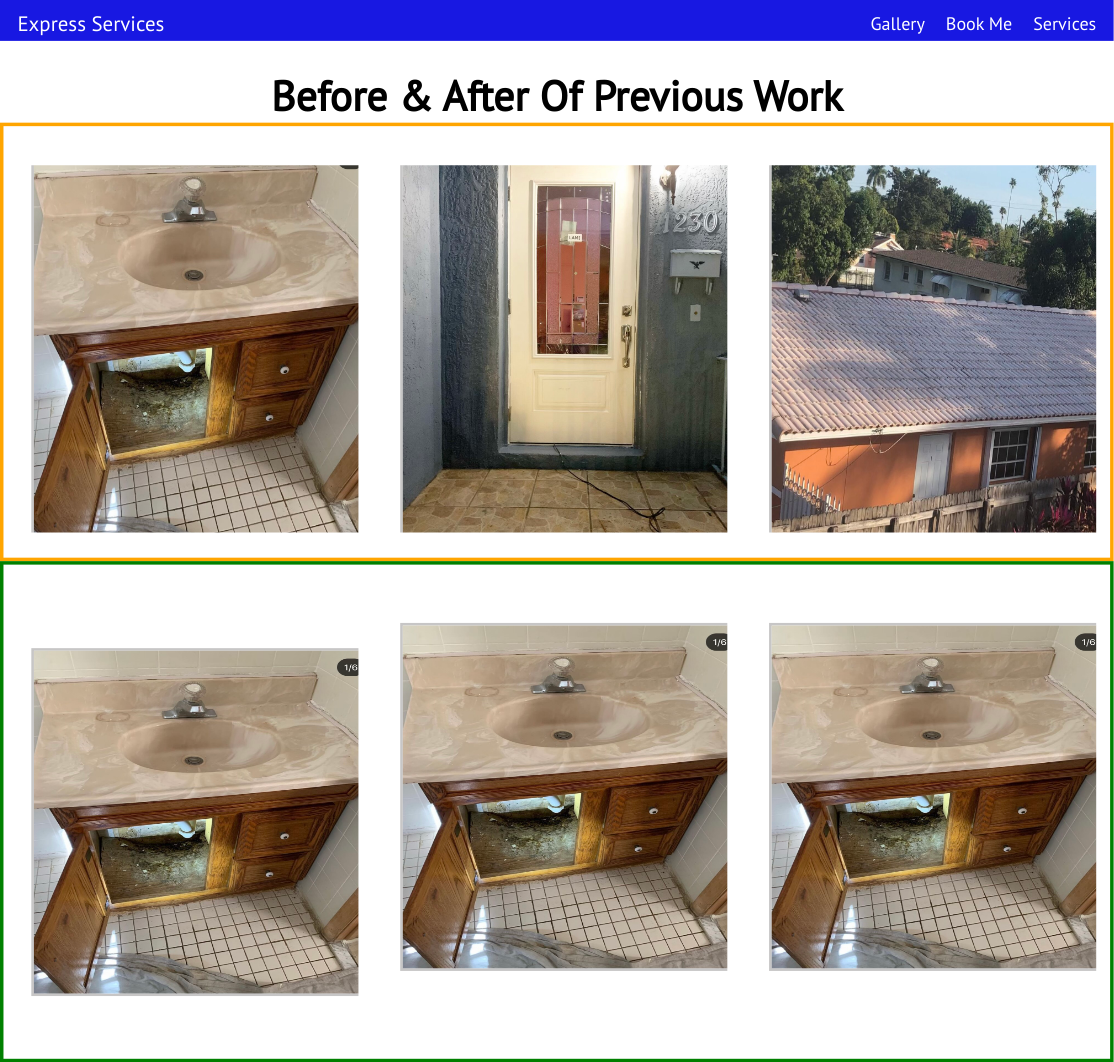
Repository: DrummerDee/mir-miami
Page: /Gallery (app in mr-miami/)
These files come from the project's save history. The page is drawn as it stood at one moment and after the next save; the edit follows.
The browser window is 1280 px wide. The pictures show the whole page, at 87% of full size.
The project was rebuilt for these pictures with package versions that can differ from the ones it lists, and the page was loaded fresh each time. Also part of the build but not shown: mr-miami/src/Styles/Services.css, mr-miami/src/Components/Services.js, mr-miami/src/Components/Homepage.js, mr-miami/src/Styles/Calendar.css, mr-miami/src/Styles/Times.css, mr-miami/src/Components/Times.js, mr-miami/src/Components/Time.js, mr-miami/src/Components/BookMe.js.

Above is the page before, as saved 2022-09-09 13:59:41.

### mr-miami/public/index.html
<!DOCTYPE html>
<html lang="en">
  <head>
    <meta charset="utf-8" />
    <link rel="icon" href="%PUBLIC_URL%/favicon.ico" />
    <meta name="viewport" content="width=device-width, initial-scale=1" />
    <meta name="theme-color" content="#000000" />
    <meta
      name="description"
      content="Web site created using create-react-app"
    />
    <link rel="apple-touch-icon" href="%PUBLIC_URL%/logo192.png" />
    <!--
      manifest.json provides metadata used when your web app is installed on a
      user's mobile device or desktop. See https://developers.google.com/web/fundamentals/web-app-manifest/
    -->
    <link rel="manifest" href="%PUBLIC_URL%/manifest.json" />
    <!--
      Notice the use of %PUBLIC_URL% in the tags above.
      It will be replaced with the URL of the `public` folder during the build.
      Only files inside the `public` folder can be referenced from the HTML.

      Unlike "/favicon.ico" or "favicon.ico", "%PUBLIC_URL%/favicon.ico" will
      work correctly both with client-side routing and a non-root public URL.
      Learn how to configure a non-root public URL by running `npm run build`.
    -->
    <title>Exotic Express Services</title>
  </head>
  <body>
    <noscript>You need to enable JavaScript to run this app.</noscript>
    <div id="root"></div>
    <!--
      This HTML file is a template.
      If you open it directly in the browser, you will see an empty page.

      You can add webfonts, meta tags, or analytics to this file.
      The build step will place the bundled scripts into the <body> tag.

      To begin the development, run `npm start` or `yarn start`.
      To create a production bundle, use `npm run build` or `yarn build`.
    -->
  </body>
</html>

### mr-miami/src/App.js
import './Styles/App.css';
import { BrowserRouter as Router, Routes, Route } from "react-router-dom";
import Navbar from "./Components/Navbar";
import Services from "./Components/Services";
import Homepage from "./Components/Homepage";
import Gallery from "./Components/Gallery";
import BookMe from "./Components/BookMe";




function App() {
  return (
    <Router>
      <Navbar />
      <Routes>
        <Route path="/" element={<Homepage />} />
        <Route path="/Gallery" element={<Gallery />} />
        <Route path="/Services" element={<Services />} />
        <Route path="/BookMe" element={<BookMe />} />
      </Routes>
    </Router>
  );
}

export default App;

### mr-miami/src/Styles/App.css
@import url('https://fonts.googleapis.com/css2?family=IBM+Plex+Sans:wght@300&family=PT+Sans&display=swap');
* {
  box-sizing: border-box;
  margin: 0;
  padding: 0;
  font-family: 'PT Sans','IBM Plex Sans', sans-serif;
}

/* Gallery Page */
.gallery__body > h1 {
  font-size: 3rem;
  text-align: center;
  margin-top: 2rem;
}

.wrapper {
  display: flex;
  justify-content: center;
  align-items: center;
  border: 0.3rem solid orange;
  height: 70vh;
}
.containers{
  width: 100%;
  display: flex;
  flex-direction: column;
  height: 85%;
  overflow: hidden;
  gap: 0.5rem;
  padding: 1rem 0 0 1rem;
  margin: 1rem 1rem 0 1rem;
  justify-content: center;
  position: relative;
}

img{
  transition: all linear 0.6s;
  border: 0.2rem solid rgb(199, 198, 198);
}
.bottom{
  position:absolute;
  top: 0;
  opacity: 0;
}
.containers:hover img{
  opacity: 0;
  cursor: pointer;
}
.containers:hover img.bottom{
  opacity: 1;
}
/* Bottom containers */
.wrapper__two {
  display: flex;
  justify-content: center;
  align-items: center;
  border: 0.3rem solid green;
  height: 80vh;
}
.containers__two{
  width: 100%;
  display: flex;
  flex-direction: column;
  height: 72%;
  overflow: hidden;
  gap: 0.5rem;
  position: relative;
  padding: 1rem 0 0 1rem;
  margin: 1rem 1rem 0 1rem;
  justify-content: center;
}
img{
  transition: all linear 0.6s;
  border: 0.2rem solid rgb(199, 198, 198);
}
.bottom__two{
  position:absolute;
  top: 0;
  opacity: 0;
}
.containers__two:hover img{
  opacity: 0;
  cursor: pointer;
}
.containers__two:hover img.bottom__two{
  opacity: 1;
}

### mr-miami/src/Components/Navbar.js
import {Link } from 'react-router-dom'; //put this on every single routing page


// This isn't a homepage, just functionality for Navbar in the homepage
const Navbar = () => {
  return (
      <nav className="nav">
        <Link className="Home" to="/"> Express Services </Link>
        <ul>
          <li><Link to="/Gallery">Gallery</Link></li>
          <li><Link to="/BookMe">Book Me</Link></li>
          <li><Link to="/Services">Services</Link></li>
        </ul>
      </nav>
  );
}
export default Navbar;

### mr-miami/src/Components/Gallery.js
import React from "react";
import { LazyLoadImage } from 'react-lazy-load-image-component';
import sinkbefore from '../Assets/sinkbefore.jpeg';
import sinkafter from '../Assets/sinkafter.jpeg';
import doorbefore from '../Assets/Doorbefore.jpeg';
import doorafter from '../Assets/Doorafter.jpeg';
// import pavementbefore from '../Assets/pavementbefore.jpeg';
import pavementafter from '../Assets/pavementafter.jpeg';
import roofafter from '../Assets/roofafter.jpeg';
import roofbefore from '../Assets/roofbefore.jpeg';



function Gallery() {
    return (
        <>
            <main className='gallery__body'>
                <h1> Before & After Of Previous Work </h1>
                <section className='wrapper'>
                    <div className="containers">
                        <LazyLoadImage
                            src={sinkbefore}
                            width={400}
                            height={500}
                            effect='blur'
                            alt='broken sink'
                            className="top"
                        />
                        <LazyLoadImage
                            src={sinkafter}
                            width={400}
                            height={500}
                            effect='blur'
                            alt='broken sink'
                            className="bottom"
                        />
                    </div>
                    <div className="containers">
                        <LazyLoadImage
                            src={doorbefore}
                            width={400}
                            height={500}
                            effect='blur'
                            alt='broken sink'
                            className="top"
                        />
                        <LazyLoadImage
                            src={doorafter}
                            width={400}
                            height={500}
                            effect='blur'
                            alt='broken sink'
                            className="bottom"
                        />
                    </div>
                    <div className="containers">
                        <LazyLoadImage
                            src={roofbefore}
                            width={400}
                            height={500}
                            effect='blur'
                            alt='broken sink'
                            className="top"
                        />
                        <LazyLoadImage
                            src={roofafter}
                            width={400}
                            height={500}
                            effect='blur'
                            alt='broken sink'
                            className="bottom"
                        />
                    </div>
                </section>
                <section className='wrapper__two'>
                    <div className="containers__two">
                        <LazyLoadImage
                            src={sinkbefore}
                            width={400}
                            height={400}
                            effect='blur'
                            alt='broken sink'
                            className="top"
                        />
                        <LazyLoadImage
                            src={sinkafter}
                            width={400}
                            height={400}
                            effect='blur'
                            alt='broken sink'
                            className="bottom__two"
                        />
                    </div>
                    <div className="containers">
                        <LazyLoadImage
                            src={sinkbefore}
                            width={400}
                            height={400}
                            effect='blur'
                            alt='broken sink'
                            className="top"
                        />
                        <LazyLoadImage
                            src={sinkafter}
                            width={400}
                            height={400}
                            effect='blur'
                            alt='broken sink'
                            className="bottom__two"
                        />
                    </div>
                    <div className="containers">
                        <LazyLoadImage
                            src={sinkbefore}
                            width={400}
                            height={400}
                            effect='blur'
                            alt='broken sink'
                            className="top"
                        />
                        <LazyLoadImage
                            src={sinkafter}
                            width={400}
                            height={400}
                            effect='blur'
                            alt='broken sink'
                            className="bottom__two"
                        />
                    </div>
                </section>
            </main>

        </>
    );
}










export default Gallery

### mr-miami/src/Styles/Homepage.css
* {
  box-sizing: border-box;
  margin: 0;
  padding: 0;
}

.homeBody {
  position: relative;
  height: 95vh;
  overflow: hidden;
}

.nav {
  background-color: rgb(24, 24, 226);
  color: white;
  display: flex;
  justify-content: space-between;
  align-items: stretch;
  gap: 2rem;
  padding: 0 1rem;
  padding-top: 0.5rem;
  font-size: 1.3rem;
}

.nav ul {
  padding: 0%;
  margin: 0;
  list-style: none;
  display: flex;
  gap: 1rem;
}

.Home {
  font-size: 1.5rem;
}

.nav a {
  display: flex;
  align-items: center;
  color: inherit;
  text-decoration: none;
  height: 100%;
  padding: 0.25rem;
}

.nav li:hover {
  border-top: white 0.2rem solid;
  transition: all 0.3s ease-out;
  padding: 0.25rem;
}

.home {
  display: flex;
  flex-direction: column;
  justify-content: center;
  align-items: center;
}

.homeBody .text {
  background-image: url('../Assets/background.png');
  background-repeat: no-repeat;
  background-size: cover;
  height: 100vh;
  color: white;
  display: flex;
  flex-direction: column;
  align-items: center;
  font-weight: 300;
}

.homeBody .text .homeMainText {
  color: white;
  border-top: 0.4rem solid black;
  border-bottom: 0.4rem solid black;
  font-size: 5rem;
  padding: 0.5rem 0 0.5rem 0;
  margin-top: 6.5rem;
}

.homeBody .text>h3 {
  font-size: 1.2rem;
  padding-top: 2rem;
}

.homeBody .text>h4 {
  font-size: 1.5rem;
  margin: 0;
}

.homeBody .text>p {
  margin-top: 15rem;
  font-size: 1.5rem;
  font-weight: 600;
}

Loaded but not shown: mr-miami/src/index.js (common file); mr-miami/src/reportWebVitals.js (common file)

After the next save:
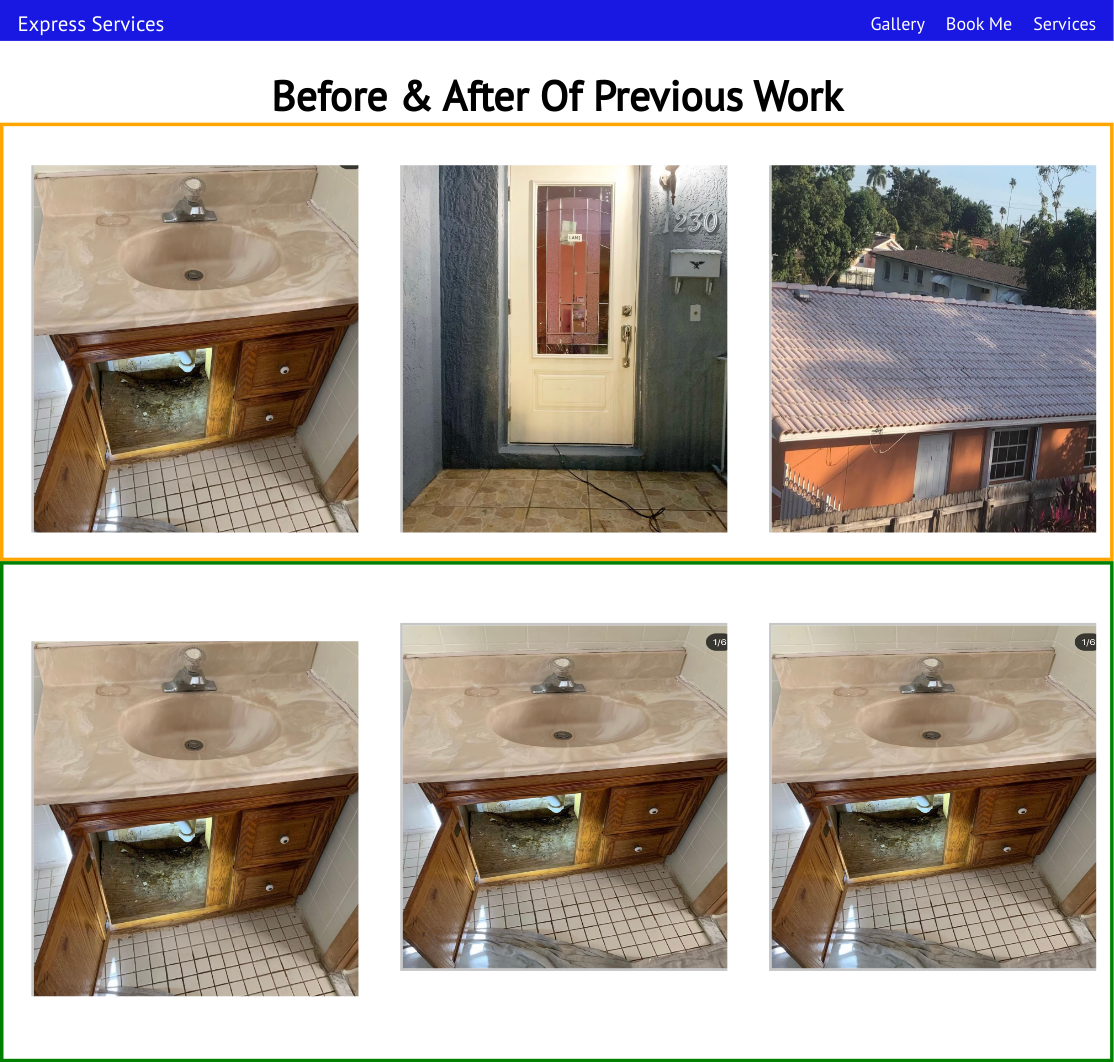
Saved 18 s later.
--- a/mr-miami/src/Components/Gallery.js
+++ b/mr-miami/src/Components/Gallery.js
@@ -77,7 +77,7 @@ function Gallery() {
                         <LazyLoadImage
                             src={sinkbefore}
                             width={400}
-                            height={400}
+                            height={500}
                             effect='blur'
                             alt='broken sink'
                             className="top"
